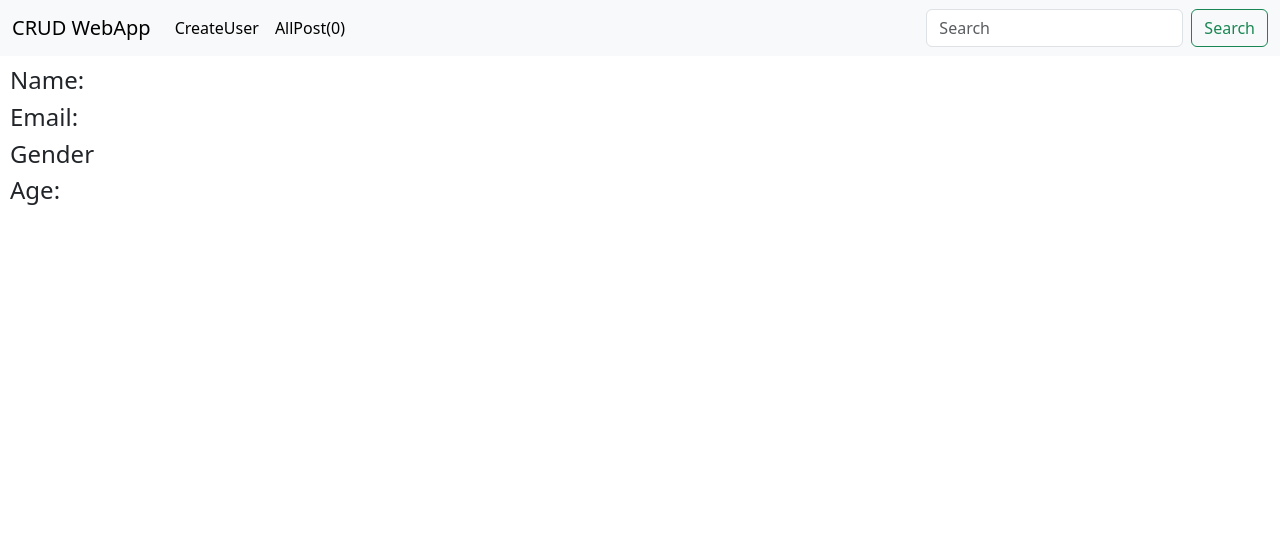
Repository: suraj-yadav7/createpost-redux
Page: /read
The author's editor kept a copy of each file at every save. The page is drawn from the files as they stood at one save, then again after the next save.
The browser window is 1280 px wide. The pictures show the whole page.
The page's requests for data from a server got no answer. The project was rebuilt for these pictures with package versions that can differ from the ones it lists, and the page was loaded fresh each time. No one was signed in, and anything a server would have sent is missing. Also part of the build but not shown: vite.config.js, src/App.css, src/components/CreateData.jsx, src/index.css.

Above is the page before, as saved 2023-05-18 23:24:26.

After the next save:
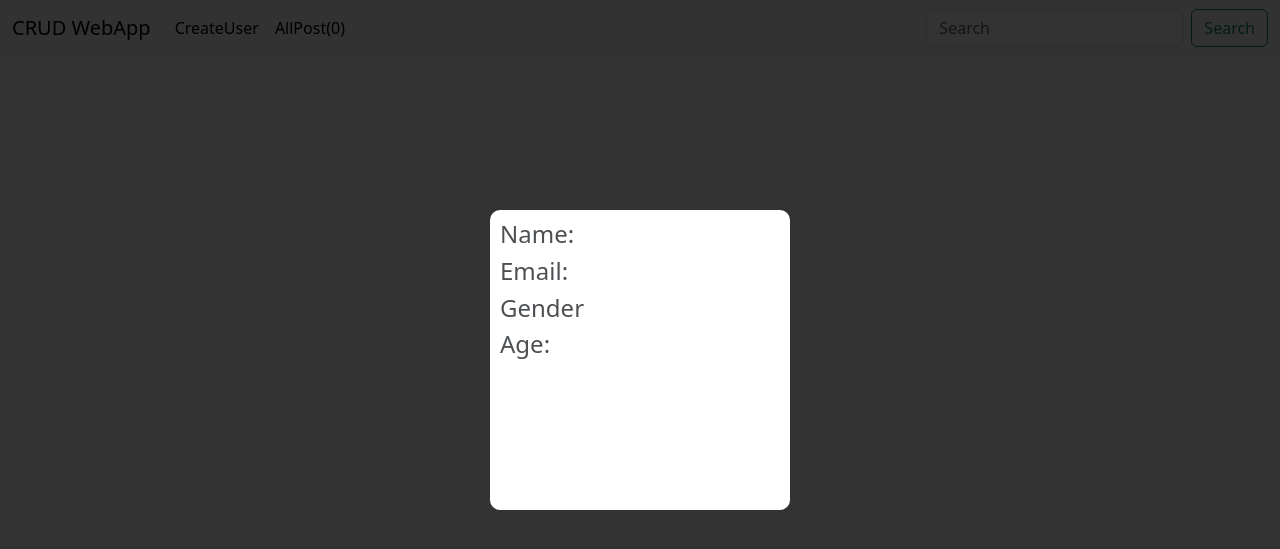
Saved 89 s later.
--- a/src/components/ViewUser.jsx
+++ b/src/components/ViewUser.jsx
@@ -3,12 +3,14 @@ import "../assets/viewuser.css"
 const ViewUser = () => {
   return (
     <>
+    <div className='viewUserBackground'>
       <div className='viewUser'>
         <h4>Name:</h4>
         <h4>Email:</h4>
         <h4>Gender</h4>
         <h4>Age:</h4>
       </div>
+      </div>
     </>
   )
 }

After the save that followed:
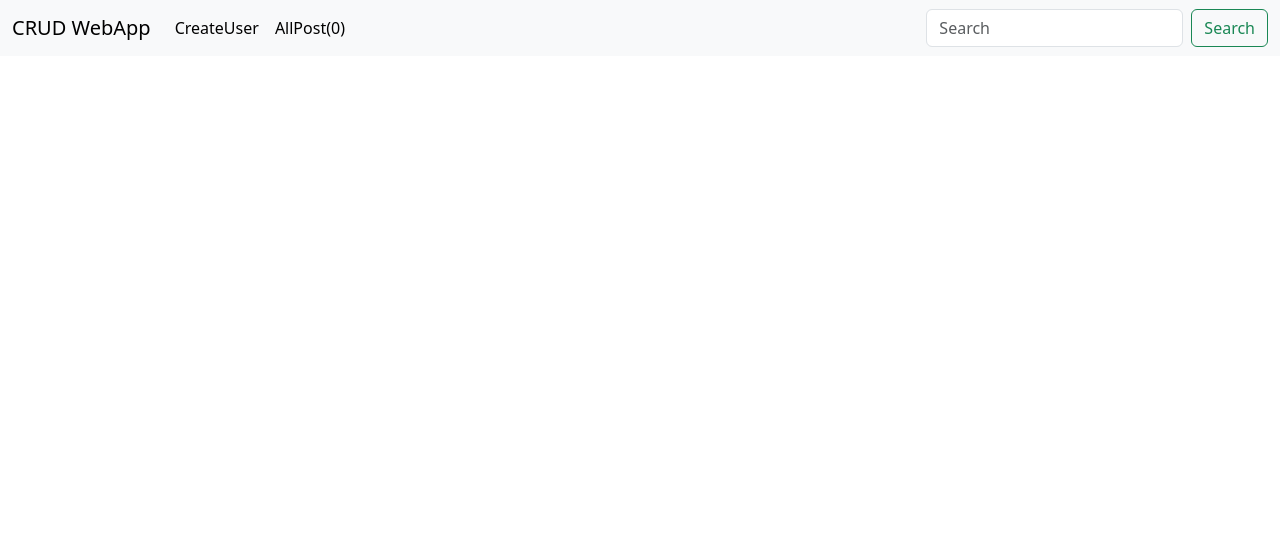
Saved 20 s later.
--- a/src/components/Read.jsx
+++ b/src/components/Read.jsx
@@ -13,7 +13,7 @@ const Read = () => {
 
     return (
         <>
-        <ViewUser/>
+        {/* <ViewUser/> */}
         <div >
         {
              userData && userData.map((data)=>(
